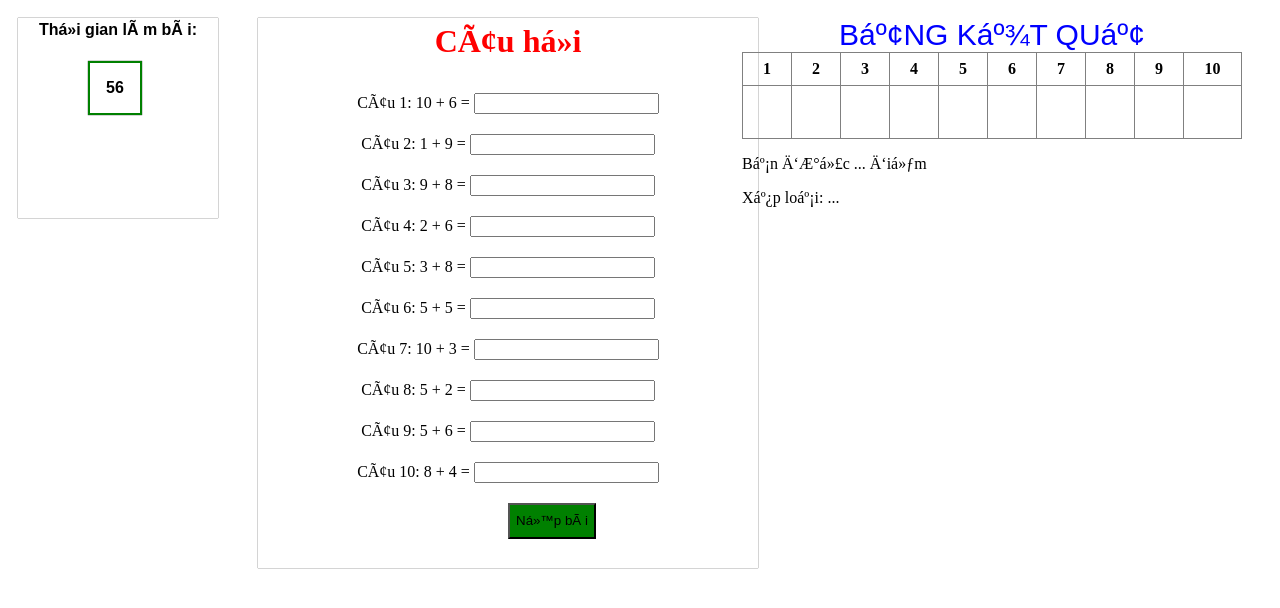
Repository: VanTy207/Bai-Tap-Lap-Trinh-Java-Web-Thay-Hai
Page: http://localhost/Bai_4/thitoan.jsp
The author's editor kept a copy of each file at every save. The page is drawn from the files as they stood at one save, then again after the next save.
The browser window is 1280 px wide. The pictures show the whole page.
The page is served by Tomcat 9.

Above is the page before, as saved 2018-09-01 14:37:08.

After the next save:
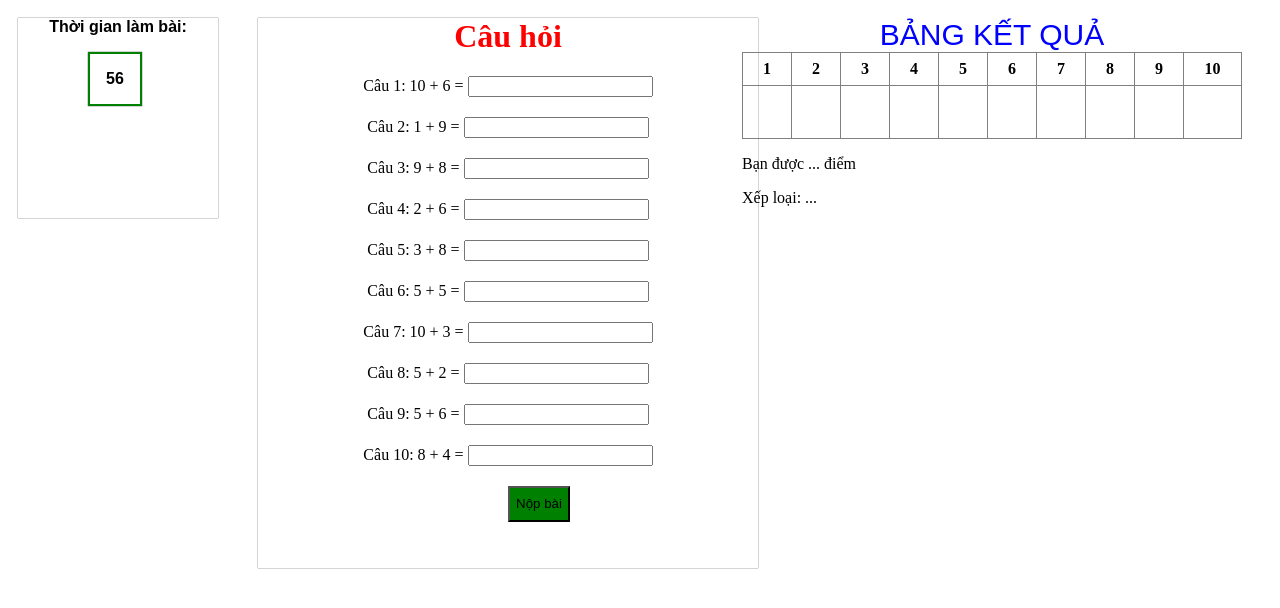
Saved 80 s later.
--- a/Bai 4/WebContent/thitoan.jsp
+++ b/Bai 4/WebContent/thitoan.jsp
@@ -1,3 +1,4 @@
+<%@ page pageEncoding="UTF-8" %>
 <!DOCTYPE html>
 <html>
 <head>
